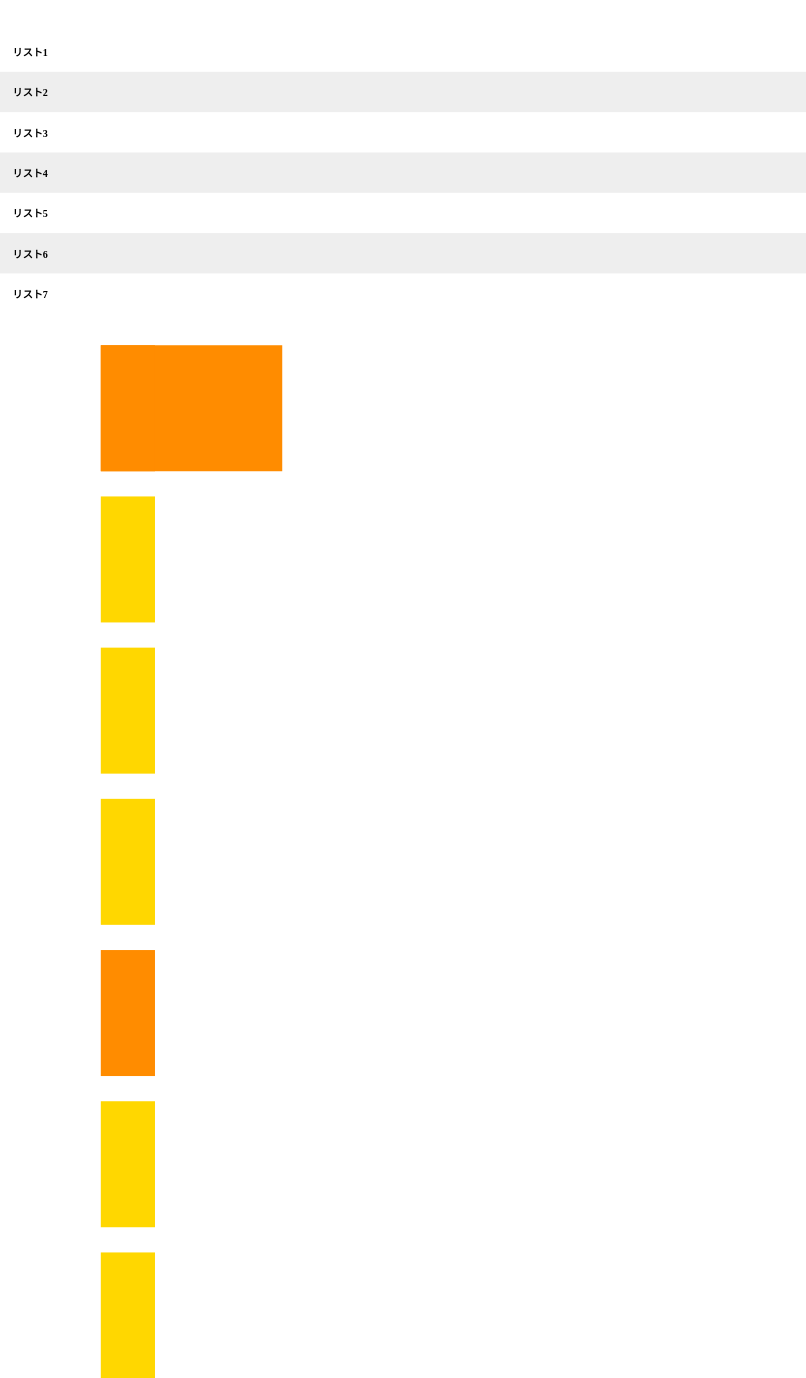
Repository: Tyubyasa/abc
Page: chapter8/chapter8.html
The author's editor kept a record of every edit. The page is drawn from the files as they stood at one moment, then again after the next edit.
The browser window is 1280 px wide. The pictures show the whole page, at 63% of full size.

Above is the page before.

After the next edit:
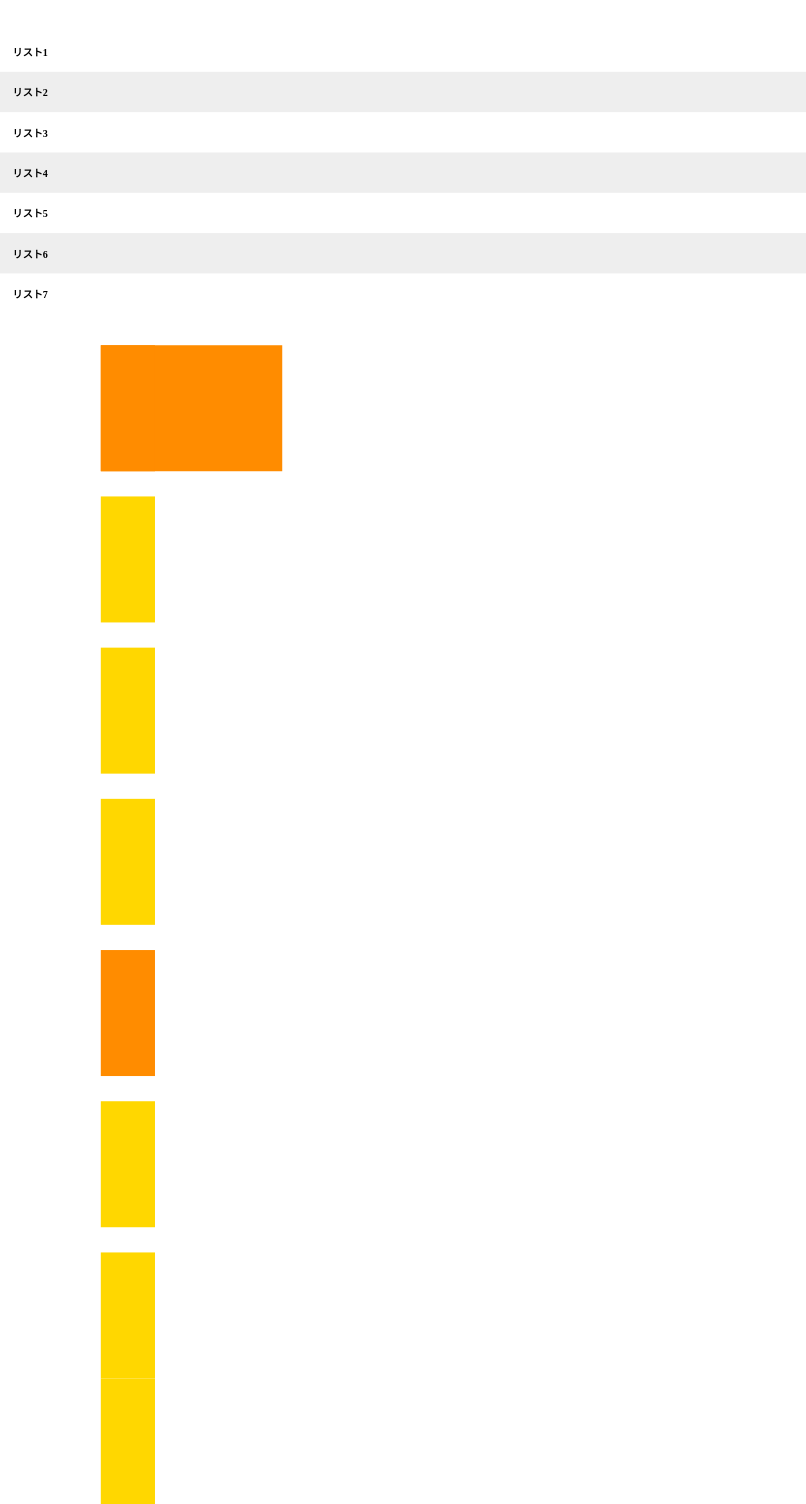
The edit:
--- a/chapter8/chapter8.html
+++ b/chapter8/chapter8.html
@@ -57,7 +57,7 @@
                    </div>
                   <div class="box">
                      </div>
-                    <div class="box8">
+                    <div class="box">
                        </div>
                       <div class="box9">
           </div>
